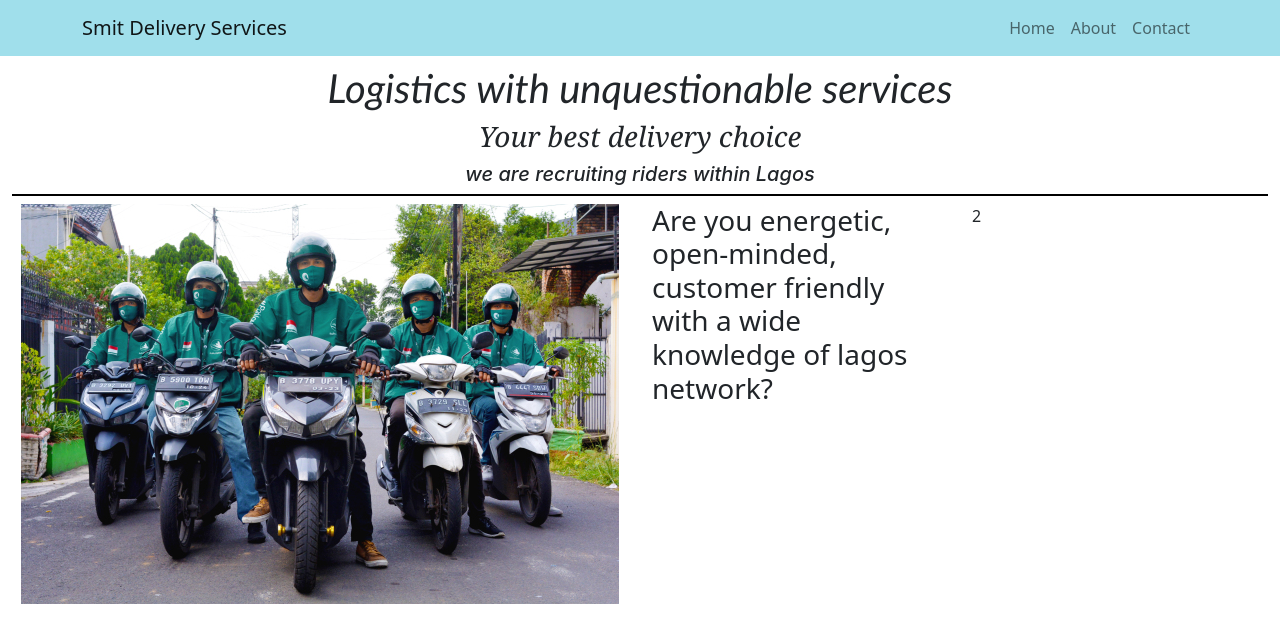
Repository: smit1298/logistic
Page: /
These files come from the project's save history. The page is drawn as it stood at one moment and after the next save; the edit follows.
The browser window is 1280 px wide. The pictures show the whole page.
The project was rebuilt for these pictures with package versions that can differ from the ones it lists, and the page was loaded fresh each time.

Above is the page before, as saved 2021-10-04 08:32:36.

After the next save:
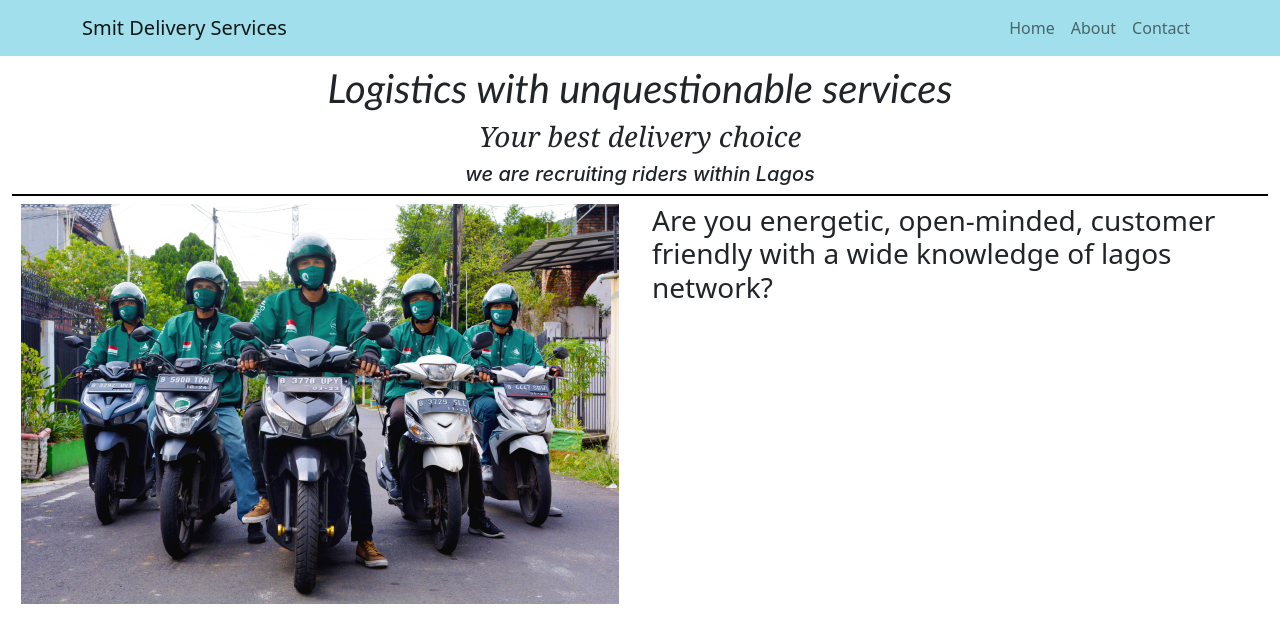
Saved 4 min 11 s later.
--- a/src/components/recruit/RecruitForm.jsx
+++ b/src/components/recruit/RecruitForm.jsx
@@ -19,7 +19,6 @@ const recruitForm = () => {
         <Col className="me-auto ">
           <Row>
             <Col className="vaccancy"><h3>Are you energetic, open-minded, customer friendly with a wide knowledge of lagos network?</h3></Col>
-            <Col>2</Col>
           </Row>
           {/* <Form className="me-auto" >
             <Row className="mb-3">
